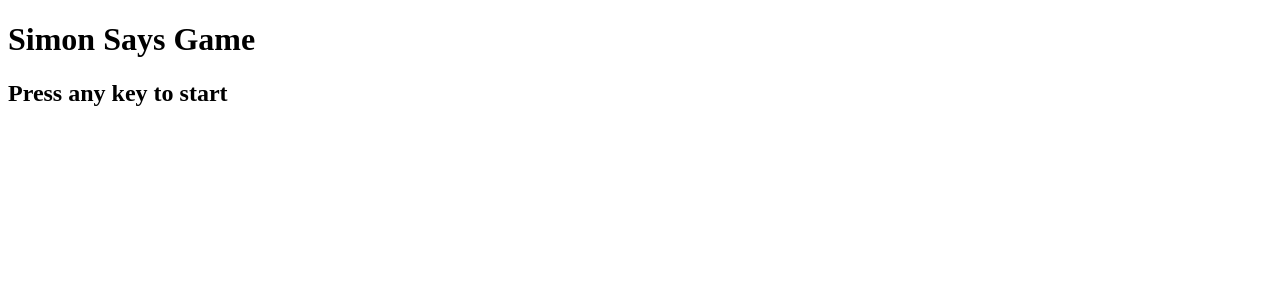
Repository: Manish-tomar-aligarh/Simon-Says-Game
Page: index.html
The author's editor kept a copy of each file at every save. The page is drawn from the files as they stood at one save, then again after a run of saves.
The browser window is 1280 px wide. The pictures show the whole page.

Above is the page before, as saved 2025-05-25 11:19:59.

### index.html
<!DOCTYPE html>
<html lang="en">
<head>
    <meta charset="UTF-8">
    <meta name="viewport" content="width=device-width, initial-scale=1.0">
    <title>Simon Says Game</title>
</head>
<body>
    <h1>Simon Says Game</h1>
    <h2>Press any key to start</h2>

</body>
</html>

After the next 2 saves:
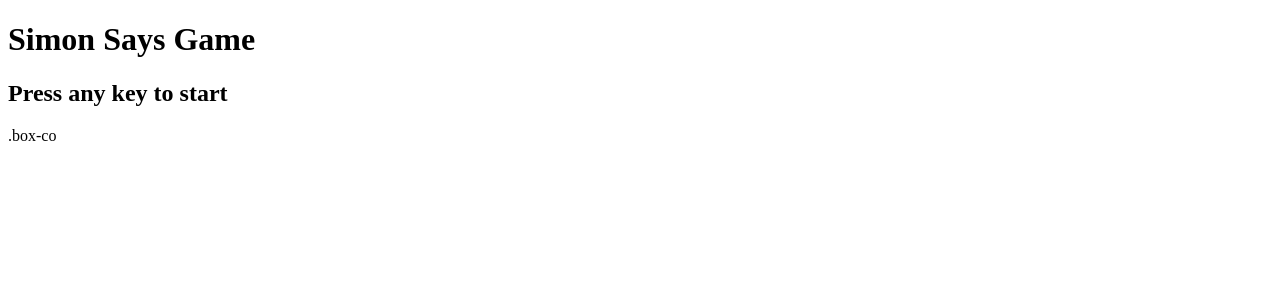
The 2 saves are shown as one change because they came seconds apart.
The last was saved 51 s later.
--- a/index.html
+++ b/index.html
@@ -9,5 +9,7 @@
     <h1>Simon Says Game</h1>
     <h2>Press any key to start</h2>
 
+    .box-co
+
 </body>
 </html>

After the 2 saves that followed:
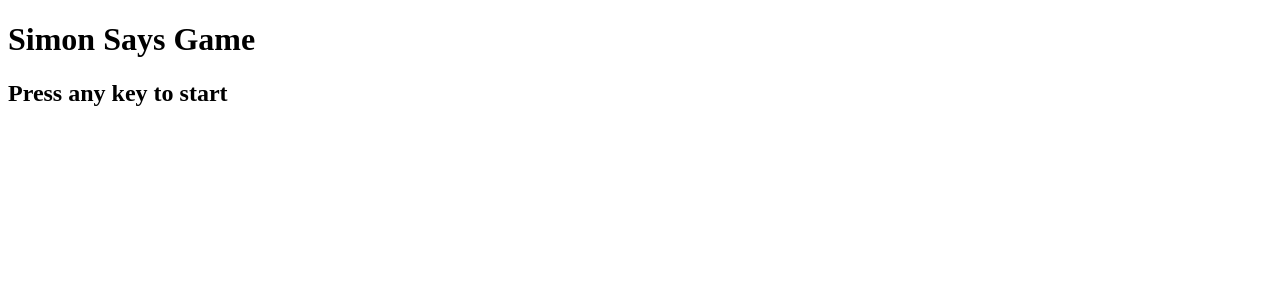
The 2 saves are shown as one change because they came seconds apart.
The last was saved 15 s later.
--- a/index.html
+++ b/index.html
@@ -9,7 +9,9 @@
     <h1>Simon Says Game</h1>
     <h2>Press any key to start</h2>
 
-    .box-co
+    <div class="box-container">
+
+    </div>
 
 </body>
 </html>
